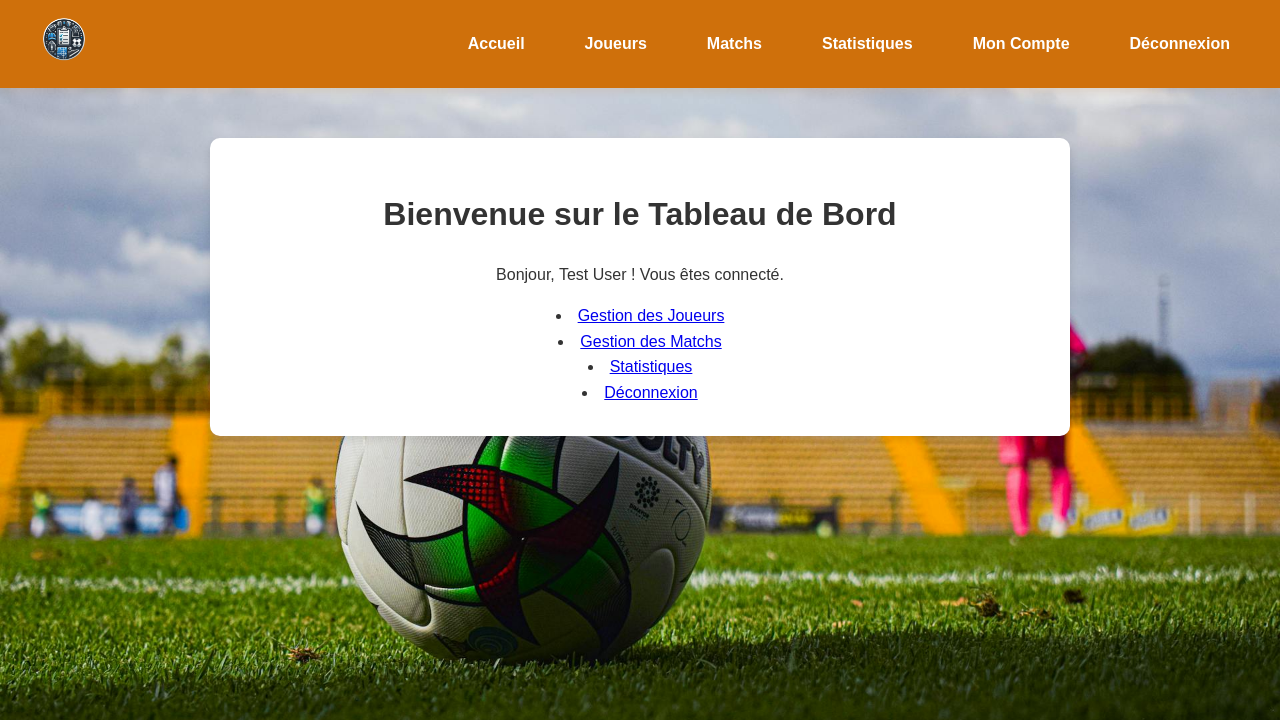
Repository: iisloomx/R401_MiniProjet
Page: http://localhost/views/dashboard.php
An editor plug-in stored every save of this project. The page is shown before and after a run of saves, followed by the edit.
The browser window is 1280 px wide. The pictures show the whole page.
The page is run by PHP 8.4 with error messages shown; the project is at /var/www/html/. The session is filled in as if someone had signed in: {"id_utilisateur": 1, "utilisateur": "Test User"}.

Above is the page before, as saved 2025-01-19 04:23:37.

After the next 3 saves:
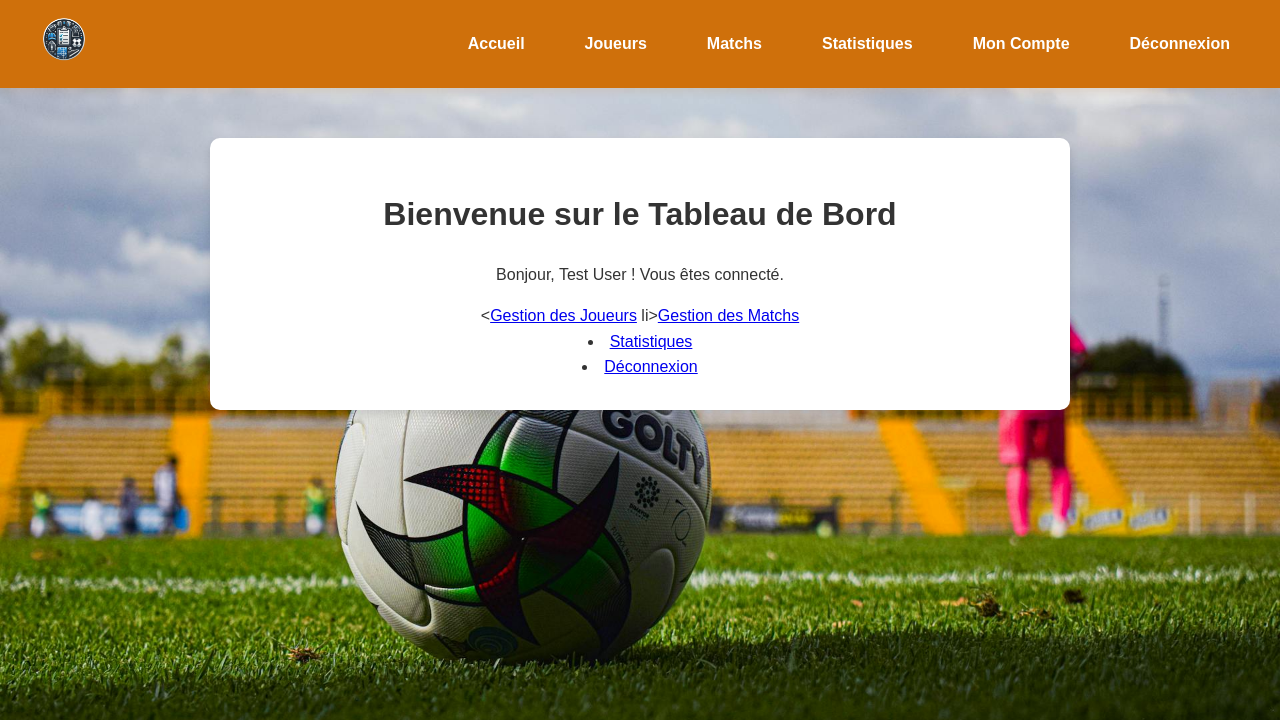
The 3 saves are shown as one change because they came seconds apart.
The last was saved 13 s later.
--- a/views/dashboard.php
+++ b/views/dashboard.php
@@ -28,10 +28,10 @@
                 <p>Erreur : Utilisateur non connecté.</p>
             <?php endif; ?>
 
-            <nav>
 
-                    <li><a href="../controllers/JoueursController.php?action=liste">Gestion des Joueurs</a></li>
-                    <li><a href="../controllers/MatchsController.php?action=liste">Gestion des Matchs</a></li>
+
+                    <<a href="../controllers/JoueursController.php?action=liste">Gestion des Joueurs</a></li>
+                    li><a href="../controllers/MatchsController.php?action=liste">Gestion des Matchs</a></li>
                     <li><a href="../controllers/StatistiquesController.php?action=index">Statistiques</a></li> <!-- Nouveau bouton -->
                     <li><a href="../controllers/DeconnexionController.php" class="deconnexion">Déconnexion</a></li>
 
